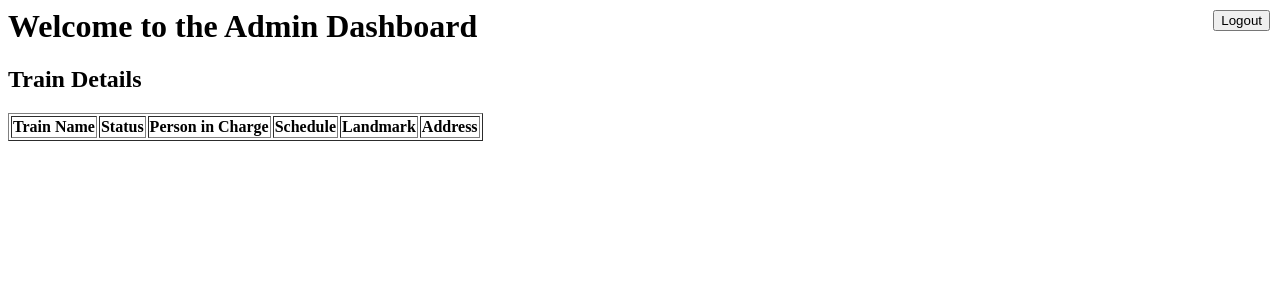
Repository: MohamedUmar083/Project_2
Page: http://localhost/Railway_Crossing_Status/admin-dashboard.jsp
These files come from the project's save history. The page is drawn as it stood at one moment and after the next save; the edit follows.
The browser window is 1280 px wide. The pictures show the whole page.
The page is served by Tomcat 10. Queries for data that is not in the repository find no rows.

Above is the page before, as saved 2023-12-22 11:37:27.

After the next save:
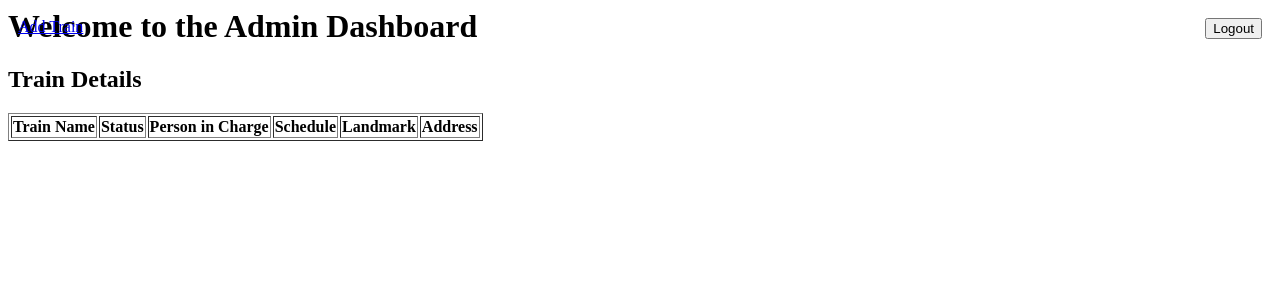
Saved 48 min 25 s later.
--- a/Railway Crossing Status/src/main/webapp/admin-dashboard.jsp
+++ b/Railway Crossing Status/src/main/webapp/admin-dashboard.jsp
@@ -8,11 +8,31 @@
 <html>
 <head>
     <title>Admin Dashboard</title>
+    <style>
+        body {
+            position: relative;
+        }
+
+        .logout-button {
+            position: absolute;
+            top: 10px;
+            right: 10px;
+        }
+
+        .add-train-button {
+            position: absolute;
+            top: 10px;
+            left: 10px;
+        }
+    </style>
 </head>
 <body>
-<form action="logout" method="post" style="position: absolute; top: 10px; right: 10px;">
+<form action="logout" method="post" class="logout-button">
         <input type="submit" value="Logout">
     </form>
+
+    <!-- Add Train button -->
+    <a href="add-train.jsp" class="add-train-button">Add Train</a>
     <h1>Welcome to the Admin Dashboard</h1>
 
     <h2>Train Details</h2>
